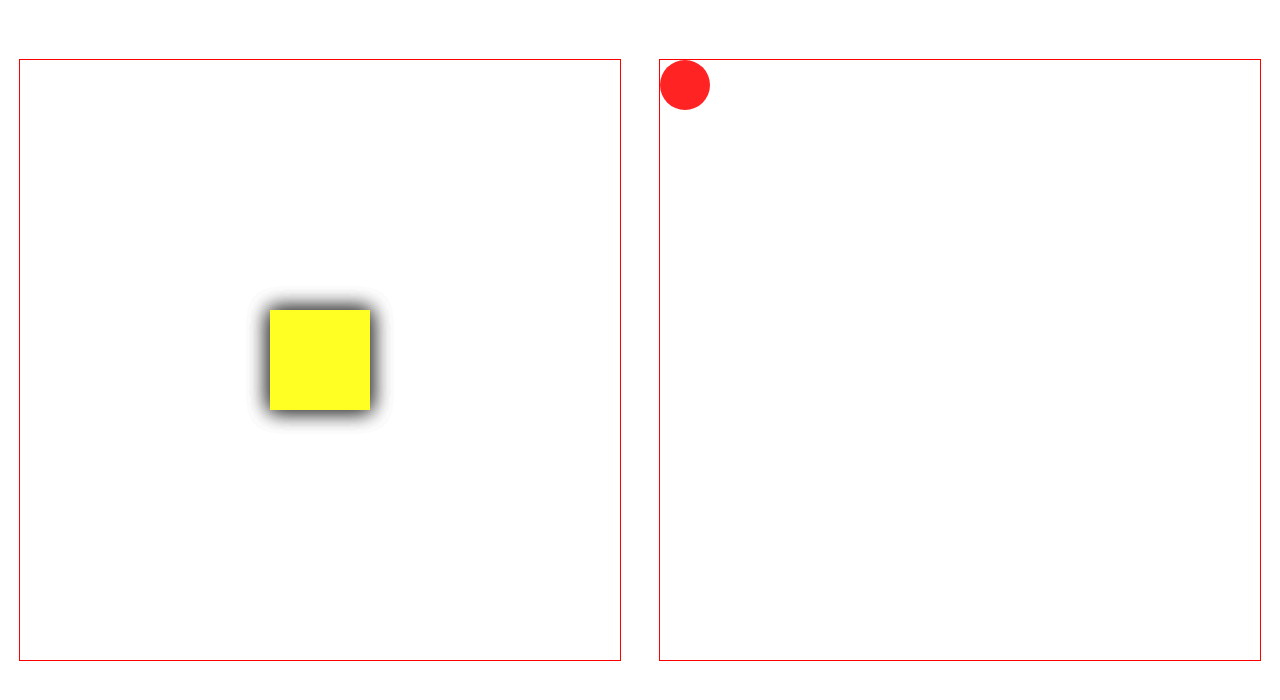
Repository: randgars/game
Page: index.html
The author's editor kept a copy of each file at every save. The page is drawn from the files as they stood at one save, then again after the next save.
The browser window is 1280 px wide. The pictures show the whole page.

Above is the page before, as saved 2017-09-29 11:50:51.

### index.html
<!DOCTYPE html>
<html lang="en">
<head>
    <meta charset="UTF-8">
    <meta name="viewport" content="width=device-width, initial-scale=1.0">
    <meta http-equiv="X-UA-Compatible" content="ie=edge">
    <title>Document</title>
    <link rel="stylesheet" href="./style.css">
    <script type="text/javascript" src="./index.js"></script>
</head>
<body>
    <div class="wrapper">
        <div class="square first"></div>
        <div class="square second"></div>
        <div class="square third"></div>
        <div class="square fourth"></div>
    </div>
    <div id="wrapper" onmousemove="mouseMove(event)" class="wrapper">
        <div id="circle" class="circle"></div>

    </div>
    <div class="coordinates">
        <span id="x"></span>
        <span id="y"></span>
    </div>
</body>
</html>

### style.css
body {
    padding: 0;
    margin: 0;
    display: flex;
    justify-content: space-around;
    align-items: center;
    height: 100vh;
}
.wrapper {
    position: relative;
    width: 600px;
    height: 600px;
    border: solid 1px red;
}
.square {
    height: 100px;
    width: 100px;
    box-shadow: 0 0 20px rgba(0, 0, 0, .4);
    position: absolute;
    top: calc(50% - 50px);
    left: calc(50% - 50px);
}
.first {
    animation-name: first;
    animation-duration: 5s;
    animation-iteration-count: infinite;
    animation-timing-function: linear;
    background-color: rgba(35, 255, 35, 1);
}
.second {
    animation-name: second;
    animation-duration: 5s;
    animation-iteration-count: infinite;
    animation-timing-function: linear;
    background-color: rgba(35, 35, 255, 1);
}
.third {
    animation-name: third;
    animation-duration: 5s;
    animation-iteration-count: infinite;
    animation-timing-function: linear;
    background-color: rgb(255, 35, 35);
}
.fourth {
    animation-name: fourth;
    animation-duration: 5s;
    animation-iteration-count: infinite;
    animation-timing-function: linear;
    background-color: rgba(255, 255, 35, 1);
}

.first:hover, .second:hover, .third:hover, .fourth:hoer {
    animation-play-state: paused;
}

@keyframes first {
    from {
        transform: rotate(360deg);
    }
    25% {
        background-color: rgba(35, 35, 255, 1);
    }
    50% {
        top: calc(0% - 50px);
        left: calc(0% - 50px);
        background-color: rgb(255, 35, 35);
    }
    75% {
        background-color: rgba(255, 255, 35, 1);
    }
    to {
        transform: rotate(0deg);
    }
}
@keyframes second {
    from {
        transform: rotate(0deg);
    }
    25% {
        background-color: rgb(255, 35, 35);
    }
    50% {
        top: calc(0% - 50px);
        left: calc(100% - 50px);
        background-color: rgba(255, 255, 35, 1);
    }
    75% {
        background-color: rgba(35, 255, 35, 1);
    }
    to {
        transform: rotate(360deg);
    }
}
@keyframes third {
    from {
        transform: rotate(360deg);
    }
    25% {
        background-color: rgba(255, 255, 35, 1);
    }
    50% {
        top: calc(100% - 50px);
        left: calc(100% - 50px);
        background-color: rgba(35, 255, 35, 1);
    }
    75% {
        background-color: rgba(35, 35, 255, 1);
    }
    to {
        transform: rotate(0deg);
    }
}
@keyframes fourth {
    from {
        transform: rotate(0deg);
    }
    25% {
        background-color: rgba(35, 255, 35, 1);
    }
    50% {
        top: calc(100% - 50px);
        left: calc(0% - 50px);
        background-color: rgba(35, 35, 255, 1);
    }
    75% {
        background-color: rgb(255, 35, 35);
    }
    to {
        transform: rotate(360deg);
    }
}

.circle {
    border-radius: 100%;
    background-color: rgb(255, 35, 35);
    width: 50px;
    height: 50px;
}
.coordinates {
    display: flex;
    flex-direction: column;
    position: fixed;
    right: 50px;
    top: 50px;
}

### index.js
function mouseMove(event) {
    var circle = document.getElementById("circle");
    circle.offsetLeft = event.layerX;
    circle.offsetTop = event.layerY;
    var coord = circle.getBoundingClientRect();
    debugger
    document.getElementById('x').innerHTML="x: " + event.layerX;
    document.getElementById('y').innerHTML="y: " + event.layerY;
}

After the next save:
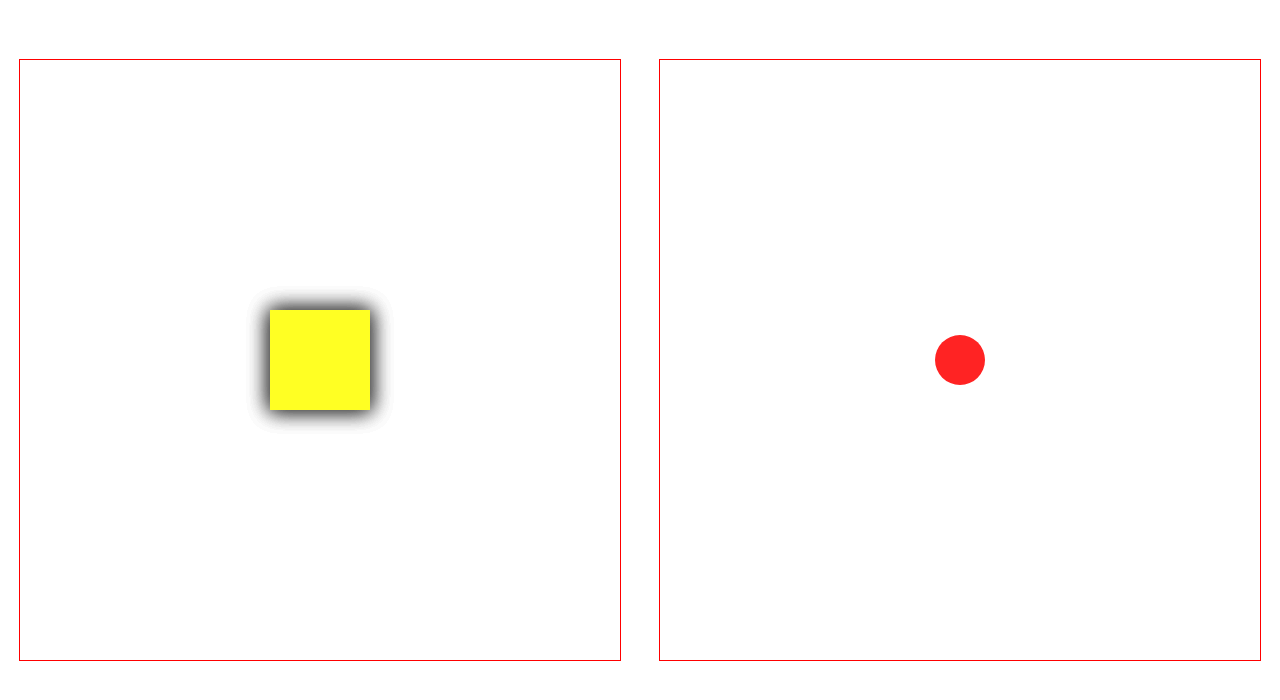
Saved 119 s later.
--- a/style.css
+++ b/style.css
@@ -133,6 +133,9 @@ body {
 .circle {
     border-radius: 100%;
     background-color: rgb(255, 35, 35);
+    position: absolute;
+    top: calc(50% - 25px);
+    left: calc(50% - 25px);
     width: 50px;
     height: 50px;
 }
